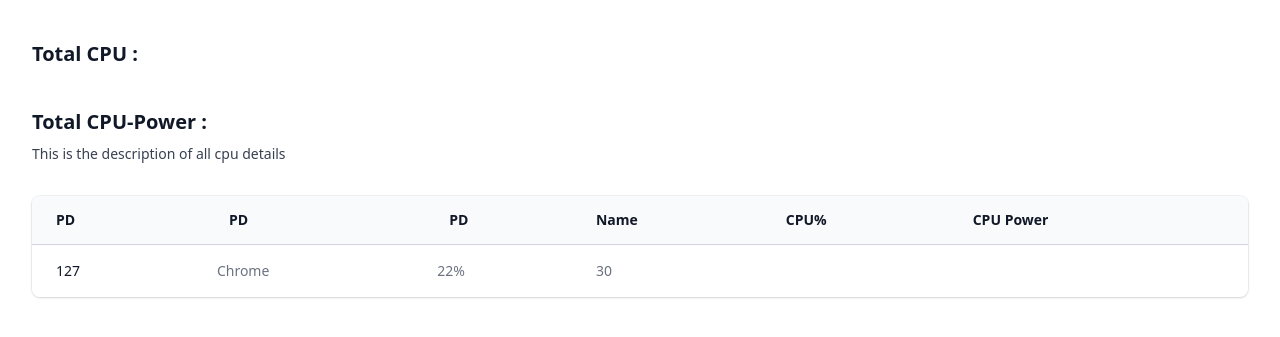
Repository: emorilebo/cpu-reader
Page: /
An editor plug-in stored every save of this project. The page is shown before and after the next save, followed by the edit.
The browser window is 1280 px wide. The pictures show the whole page.
The project was rebuilt for these pictures with package versions that can differ from the ones it lists, and the page was loaded fresh each time. The framework's server and built-in components were replaced by stand-ins that run in the browser. Also part of the build but not shown: next.config.js, styles/Home.module.css.

Above is the page before, as saved 2023-01-13 12:40:27.

### pages/index.js
import Head from 'next/head'
import Image from 'next/image'
import { Inter } from '@next/font/google'
import styles from '../styles/Home.module.css'
import Tables from '../components/Tables'

const inter = Inter({ subsets: ['latin'] })

export default function Home() {
  return (
    <>
      <Head>
        <title>Create Next App</title>
        <meta name="description" content="Generated by create next app" />
        <meta name="viewport" content="width=device-width, initial-scale=1" />
        <link rel="icon" href="/favicon.ico" />
      </Head>
      <main className="">
       <Tables/>
      </main>
    </>
  )
}

### styles/globals.css
@tailwind base;
@tailwind components;
@tailwind utilities;

/* :root {
  --max-width: 1100px;
  --border-radius: 12px;
  --font-mono: ui-monospace, Menlo, Monaco, "Cascadia Mono", "Segoe UI Mono",
    "Roboto Mono", "Oxygen Mono", "Ubuntu Monospace", "Source Code Pro",
    "Fira Mono", "Droid Sans Mono", "Courier New", monospace;

  --foreground-rgb: 0, 0, 0;
  --background-start-rgb: 214, 219, 220;
  --background-end-rgb: 255, 255, 255;

  --primary-glow: conic-gradient(
    from 180deg at 50% 50%,
    #16abff33 0deg,
    #0885ff33 55deg,
    #54d6ff33 120deg,
    #0071ff33 160deg,
    transparent 360deg
  );
  --secondary-glow: radial-gradient(
    rgba(255, 255, 255, 1),
    rgba(255, 255, 255, 0)
  );

  --tile-start-rgb: 239, 245, 249;
  --tile-end-rgb: 228, 232, 233;
  --tile-border: conic-gradient(
    #00000080,
    #00000040,
    #00000030,
    #00000020,
    #00000010,
    #00000010,
    #00000080
  );

  --callout-rgb: 238, 240, 241;
  --callout-border-rgb: 172, 175, 176;
  --card-rgb: 180, 185, 188;
  --card-border-rgb: 131, 134, 135;
}

@media (prefers-color-scheme: dark) {
  :root {
    --foreground-rgb: 255, 255, 255;
    --background-start-rgb: 0, 0, 0;
    --background-end-rgb: 0, 0, 0;

    --primary-glow: radial-gradient(rgba(1, 65, 255, 0.4), rgba(1, 65, 255, 0));
    --secondary-glow: linear-gradient(
      to bottom right,
      rgba(1, 65, 255, 0),
      rgba(1, 65, 255, 0),
      rgba(1, 65, 255, 0.3)
    );

    --tile-start-rgb: 2, 13, 46;
    --tile-end-rgb: 2, 5, 19;
    --tile-border: conic-gradient(
      #ffffff80,
      #ffffff40,
      #ffffff30,
      #ffffff20,
      #ffffff10,
      #ffffff10,
      #ffffff80
    );

    --callout-rgb: 20, 20, 20;
    --callout-border-rgb: 108, 108, 108;
    --card-rgb: 100, 100, 100;
    --card-border-rgb: 200, 200, 200;
  }
}

* {
  box-sizing: border-box;
  padding: 0;
  margin: 0;
}

html,
body {
  max-width: 100vw;
  overflow-x: hidden;
}

body {
  color: rgb(var(--foreground-rgb));
  background: linear-gradient(
      to bottom,
      transparent,
      rgb(var(--background-end-rgb))
    )
    rgb(var(--background-start-rgb));
}

a {
  color: inherit;
  text-decoration: none;
}

@media (prefers-color-scheme: dark) {
  html {
    color-scheme: dark;
  }
} */

### components/Tables.jsx
import React from "react";

const cpus = [
  {
    pd: "127",
    name: "Chrome",
    cpupercent: "22%",
    cpupower: "30",
  },
  // More people...
];

export default function Tables() {
  return (
    <div className="px-4 sm:px-6 lg:px-8">
      <div className="sm:flex sm:items-center">
        <div className="sm:flex-auto">
          <h1 className=" mt-10 text-xl font-semibold text-gray-900">
            Total CPU :{" "}
          </h1>
          <h1 className=" mt-10 text-xl font-semibold text-gray-900">
            Total CPU-Power :{" "}
          </h1>
          <p className="mt-2 text-sm text-gray-700">
            This is the description of all cpu details
          </p>
        </div>
      </div>
      <div className="mt-8 flex flex-col">
        <div className="-my-2 -mx-4 overflow-x-auto sm:-mx-6 lg:-mx-8">
          <div className="inline-block min-w-full py-2 align-middle md:px-6 lg:px-8">
            <div className="overflow-hidden shadow ring-1 ring-black ring-opacity-5 md:rounded-lg">
              <table className="min-w-full divide-y divide-gray-300">
                <thead className="bg-gray-50">
                  <tr>
                    <th
                      scope="col"
                      className="py-3.5 pl-4 pr-3 text-left text-sm font-semibold text-gray-900 sm:pl-6"
                    >
                      PD
                    </th>
                    <th
                      scope="col"
                      className="py-3.5 pl-4 pr-3 text-left text-sm font-semibold text-gray-900 sm:pl-6"
                    >
                      PD
                    </th>
                    <th
                      scope="col"
                      className="py-3.5 pl-4 pr-3 text-left text-sm font-semibold text-gray-900 sm:pl-6"
                    >
                      PD
                    </th>
                    <th
                      scope="col"
                      className="px-3 py-3.5 text-left text-sm font-semibold text-gray-900"
                    >
                      Name
                    </th>
                    <th
                      scope="col"
                      className="px-3 py-3.5 text-left text-sm font-semibold text-gray-900"
                    >
                      CPU%
                    </th>
                    <th
                      scope="col"
                      className="px-3 py-3.5 text-left text-sm font-semibold text-gray-900"
                    >
                      CPU Power
                    </th>
                  </tr>
                </thead>
                <tbody className="divide-y divide-gray-200 bg-white">
                  {cpus.map((cpu) => (
                    <tr key={cpu.cpupercent}>
                      <td className="whitespace-nowrap py-4 pl-4 pr-3 text-sm font-medium text-gray-900 sm:pl-6">
                        {cpu.pd}
                      </td>
                      <td className="whitespace-nowrap px-3 py-4 text-sm text-gray-500">
                        {cpu.name}
                      </td>
                      <td className="whitespace-nowrap px-3 py-4 text-sm text-gray-500">
                        {cpu.cpupercent}
                      </td>
                      <td className="whitespace-nowrap px-3 py-4 text-sm text-gray-500">
                        {cpu.cpupower}
                      </td>
                    </tr>
                  ))}
                </tbody>
              </table>
            </div>
          </div>
        </div>
      </div>
    </div>
  );
}

Loaded but not shown: pages/_app.js (common file); pages/_document.js (common file); tailwind.config.js (common file)

After the next save:
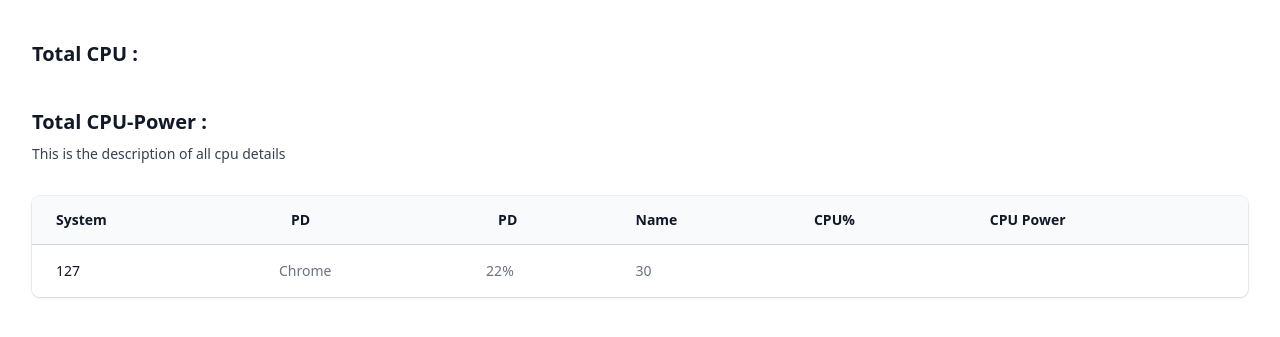
Saved 4 s later.
--- a/components/Tables.jsx
+++ b/components/Tables.jsx
@@ -37,7 +37,7 @@ export default function Tables() {
                       scope="col"
                       className="py-3.5 pl-4 pr-3 text-left text-sm font-semibold text-gray-900 sm:pl-6"
                     >
-                      PD
+                      System
                     </th>
                     <th
                       scope="col"
